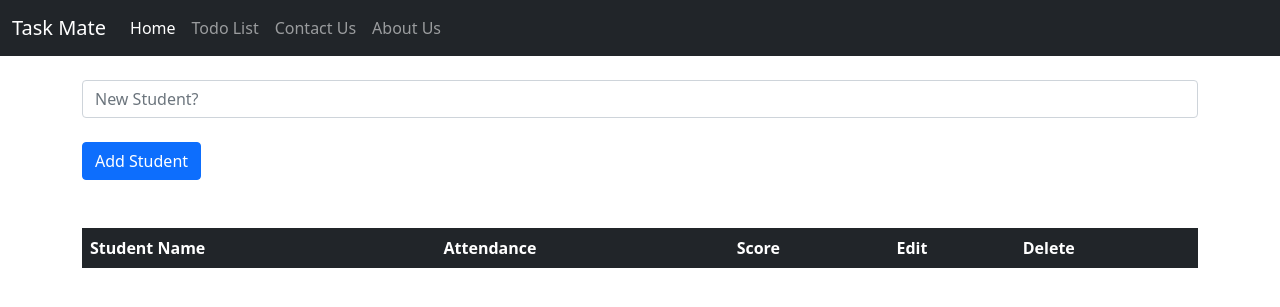
Repository: itathagata/Registration_System
Page: http://localhost/todolist/?pg=1
These files come from the project's save history. The page is drawn as it stood at one moment and after the next save; the edit follows.
The browser window is 1280 px wide. The pictures show the whole page.
The page is served by the project's application, run on Django 2.2 (manage.py). Other server files are loaded and not shown. Queries for data that is not in the repository find no rows.

Above is the page before, as saved 2021-06-04 02:30:24.

### todolist_app/views.py
from django.http.response import HttpResponse
from django.shortcuts import redirect, render
from django.http import HttpResponse
from todolist_app.models import TaskList
from todolist_app.forms import TaskForm
from django.contrib import messages
# Create your views here.
context = {'welcome':"Welcome to Todo List Page.",
    'contact_text':"Welcome to Todo List Contact Page.",
    'about_text':"Welcome to Todo List About Page."}
def todolist(request):
    if request.method == "POST":
        form = TaskForm(request.POST or None)
        if form.is_valid():
            form.save()
        messages.success(request,("New Student Added!"))
        return redirect('todolist')
    else:
        all_tasks = TaskList.objects.all
        return render(request, 'todolist.html',{'all_tasks':all_tasks})

def contact(request):
    return render(request, 'contact.html',context)


def about(request):
    return render(request, 'about.html',context)

### todolist_app/templates/todolist.html
{% extends 'base.html' %}
{% block title %}
<title>TodoList Manager</title>
{% endblock title %}

{% block content %}
<div class="container">
</br>

  {%if messages%}
    {% for message in messages %}
      <div class="alert alert-warning alert-dismissible fade show" role="alert">
          {{ message }}
        <button type="button" class="btn-close" data-bs-dismiss="alert" aria-label="Close">
         </button>
      </div>
    {% endfor %}
  {% endif %}


  <form method="POST">
    {%csrf_token%}
    <div class="form-group">
          <input type="text" class="form-control" name="Student_Name" placeholder="New Student?">
    </div>
    </br>
    <button type="submit" class="btn btn-primary">Add Student</button>
  </form>

</br>
</br>
    <table class="table table-dark table-hover">
  <thead>
    <tr>
      <th scope="col">Student Name</th>
      <th scope="col">Attendance</th>
      <th scope="col">Score</th>
      <th scope="col">Edit</th>
      <th scope="col">Delete</th>
    </tr>
  </thead>
    <tbody>
    {% if all_tasks %}
      {%for obj in all_tasks%}
        {% if obj.Attendance %}
            <tr class="table-success">
            <td>{{ obj.id }} | {{ obj.Student_Name }}</td>
            <td>Safe</td>
            <td>{{ obj.Score }}</td>
            <td>Edit</td>
            <td>Delete</td>
            </tr>
        {% else %}
            <tr class="table-danger">
            <td>{{ obj.id }} | {{ obj.Student_Name }}</td>
            <td>Unsafe</td>
            <td>{{ obj.Score }}</td>
            <td>Edit</td>
            <td>Delete</td>
            </tr>
        {% endif %}
       {% endfor %}
    {% endif %}
     </tbody>
</table>
    </div>
{% endblock content %}

### templates/base.html
<!doctype html>
<html lang="en">
  <head>
    <!-- Required meta tags -->
    <meta charset="utf-8">
    <meta name="viewport" content="width=device-width, initial-scale=1">

    <!-- Bootstrap CSS -->
    <link href="https://cdn.jsdelivr.net/npm/bootstrap@5.0.1/dist/css/bootstrap.min.css" rel="stylesheet" integrity="sha384-+0n0xVW2eSR5OomGNYDnhzAbDsOXxcvSN1TPprVMTNDbiYZCxYbOOl7+AMvyTG2x" crossorigin="anonymous">

    {% block title %}{% endblock title %}
    <nav class="navbar navbar-expand-lg navbar-dark bg-dark">
  <div class="container-fluid">
    <a class="navbar-brand" href="#">Task Mate</a>
    <button class="navbar-toggler" type="button" data-bs-toggle="collapse" data-bs-target="#navbarNavAltMarkup" aria-controls="navbarNavAltMarkup" aria-expanded="false" aria-label="Toggle navigation">
      <span class="navbar-toggler-icon"></span>
    </button>
    <div class="collapse navbar-collapse" id="navbarNavAltMarkup">
      <div class="navbar-nav">
        <a class="nav-link active" aria-current="page" href="{% url 'todolist'%}">Home</a>
        <a class="nav-link" href="{% url 'todolist'%}">Todo List</a>
        <a class="nav-link" href="{% url 'contact'%}">Contact Us</a>
        <a class="nav-link" href="{% url 'about'%}">About Us</a>
      </div>
    </div>
  </div>
</nav>
  </head>
  <body>
  {% block content %}{% endblock content %}

    <!-- Optional JavaScript; choose one of the two! -->

    <!-- Option 1: Bootstrap Bundle with Popper -->
    <script src="https://cdn.jsdelivr.net/npm/bootstrap@5.0.1/dist/js/bootstrap.bundle.min.js" integrity="sha384-gtEjrD/SeCtmISkJkNUaaKMoLD0//ElJ19smozuHV6z3Iehds+3Ulb9Bn9Plx0x4" crossorigin="anonymous"></script>

    <!-- Option 2: Separate Popper and Bootstrap JS -->
    <!--
    <script src="https://cdn.jsdelivr.net/npm/@popperjs/core@2.9.2/dist/umd/popper.min.js" integrity="sha384-IQsoLXl5PILFhosVNubq5LC7Qb9DXgDA9i+tQ8Zj3iwWAwPtgFTxbJ8NT4GN1R8p" crossorigin="anonymous"></script>
    <script src="https://cdn.jsdelivr.net/npm/bootstrap@5.0.1/dist/js/bootstrap.min.js" integrity="sha384-Atwg2Pkwv9vp0ygtn1JAojH0nYbwNJLPhwyoVbhoPwBhjQPR5VtM2+xf0Uwh9KtT" crossorigin="anonymous"></script>
    -->
  </body>
</html>

### taskmate/urls.py

from django.contrib import admin
from django.urls import path, include

urlpatterns = [
    path('admin/', admin.site.urls),
    path('todolist', include('todolist_app.urls'))
]

### todolist_app/urls.py
from todolist_app import views
from django.urls import path
urlpatterns = [
    path('/', views.todolist, name='todolist'),
    path('contact', views.contact, name='contact'),
    path('about-us', views.about, name='about'),

]

After the next save:
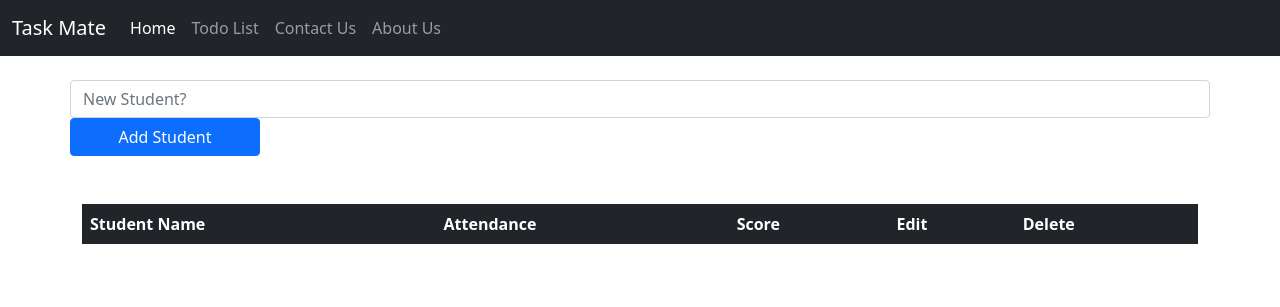
Saved 3 min 26 s later.
--- a/todolist_app/templates/todolist.html
+++ b/todolist_app/templates/todolist.html
@@ -18,13 +18,11 @@
   {% endif %}
 
 
-  <form method="POST">
+  <form method="POST" class="row">
     {%csrf_token%}
-    <div class="form-group">
-          <input type="text" class="form-control" name="Student_Name" placeholder="New Student?">
-    </div>
-    </br>
-    <button type="submit" class="btn btn-primary">Add Student</button>
+
+          <input type="text" class="form-control col-lg-6" name="Student_Name" placeholder="New Student?">
+          <button type="submit" class="btn btn-primary col-lg-2">Add Student</button>
   </form>
 
 </br>

After the save that followed:
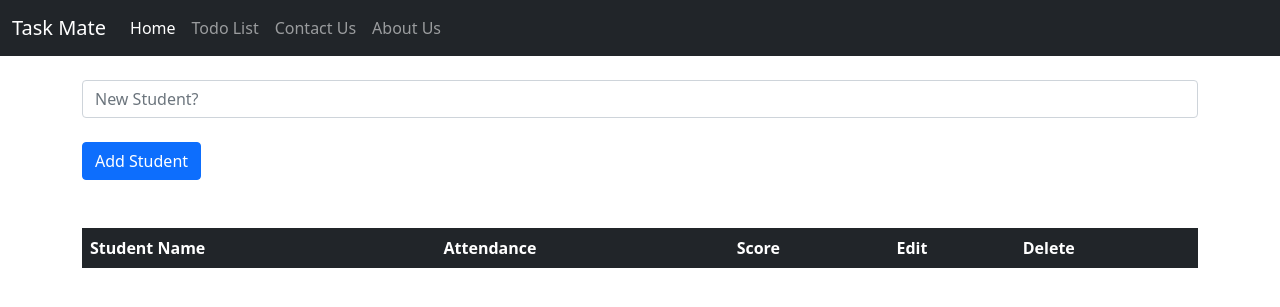
Saved 26 s later.
--- a/todolist_app/templates/todolist.html
+++ b/todolist_app/templates/todolist.html
@@ -18,11 +18,13 @@
   {% endif %}
 
 
-  <form method="POST" class="row">
+  <form method="POST">
     {%csrf_token%}
-
-          <input type="text" class="form-control col-lg-6" name="Student_Name" placeholder="New Student?">
-          <button type="submit" class="btn btn-primary col-lg-2">Add Student</button>
+    <div class="form-group">
+          <input type="text" class="form-control" name="Student_Name" placeholder="New Student?">
+    </div>
+    </br>
+    <button type="submit" class="btn btn-primary">Add Student</button>
   </form>
 
 </br>
